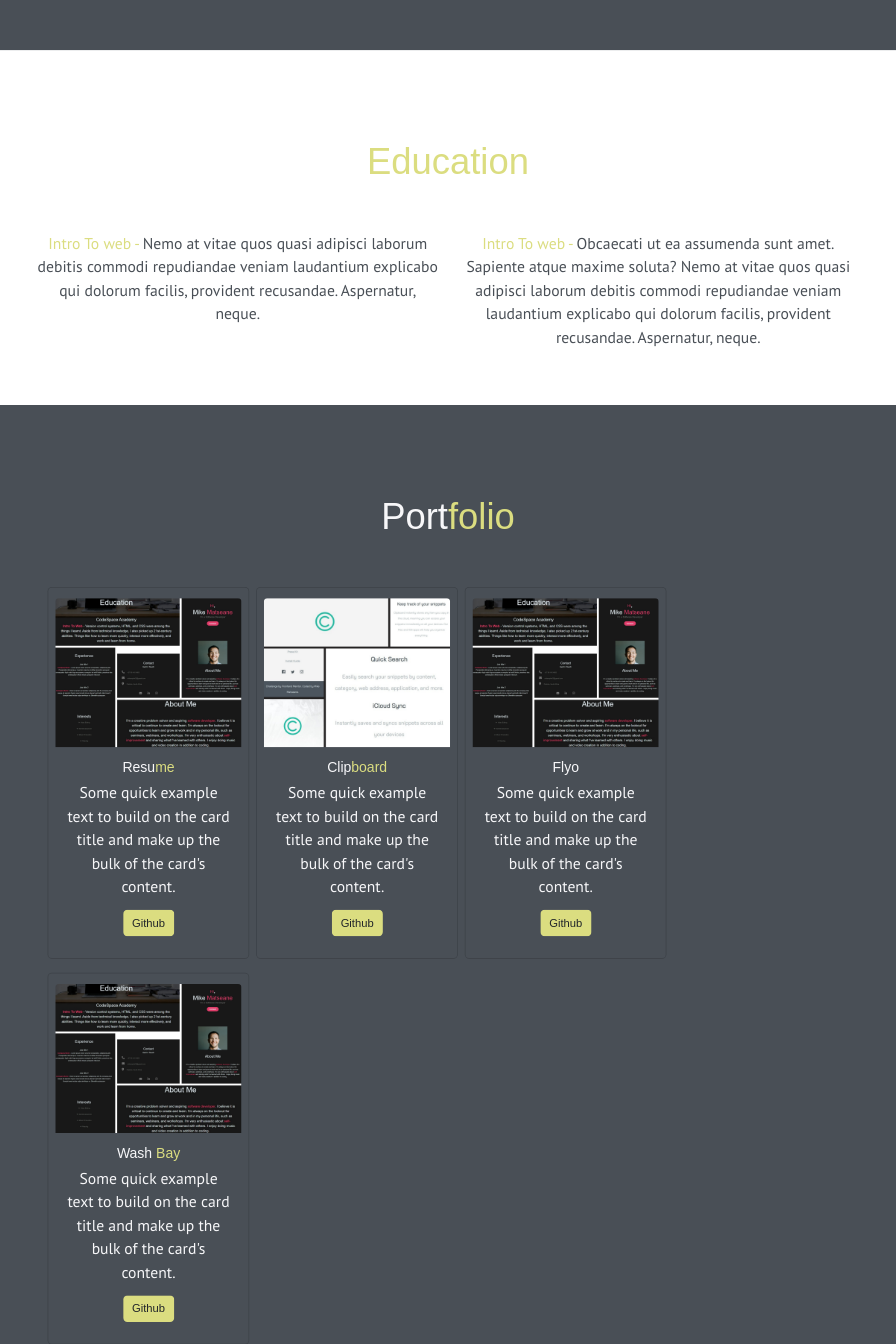
Repository: mikempho/resume10-Final
Page: resume10.html
The author's editor kept a copy of each file at every save. The page is drawn from the files as they stood at one save, then again after the next save.
The browser window is 1280 px wide. The pictures show the part of the page from y = 1612 to 3532 px (the page is 4379 px tall), at 70% of full size.
Some web fonts or font styles are not loaded; a fallback is used. Some web libraries are served in a nearby version.

Above is the page before, as saved 2022-05-19 18:21:54.

After the next save:
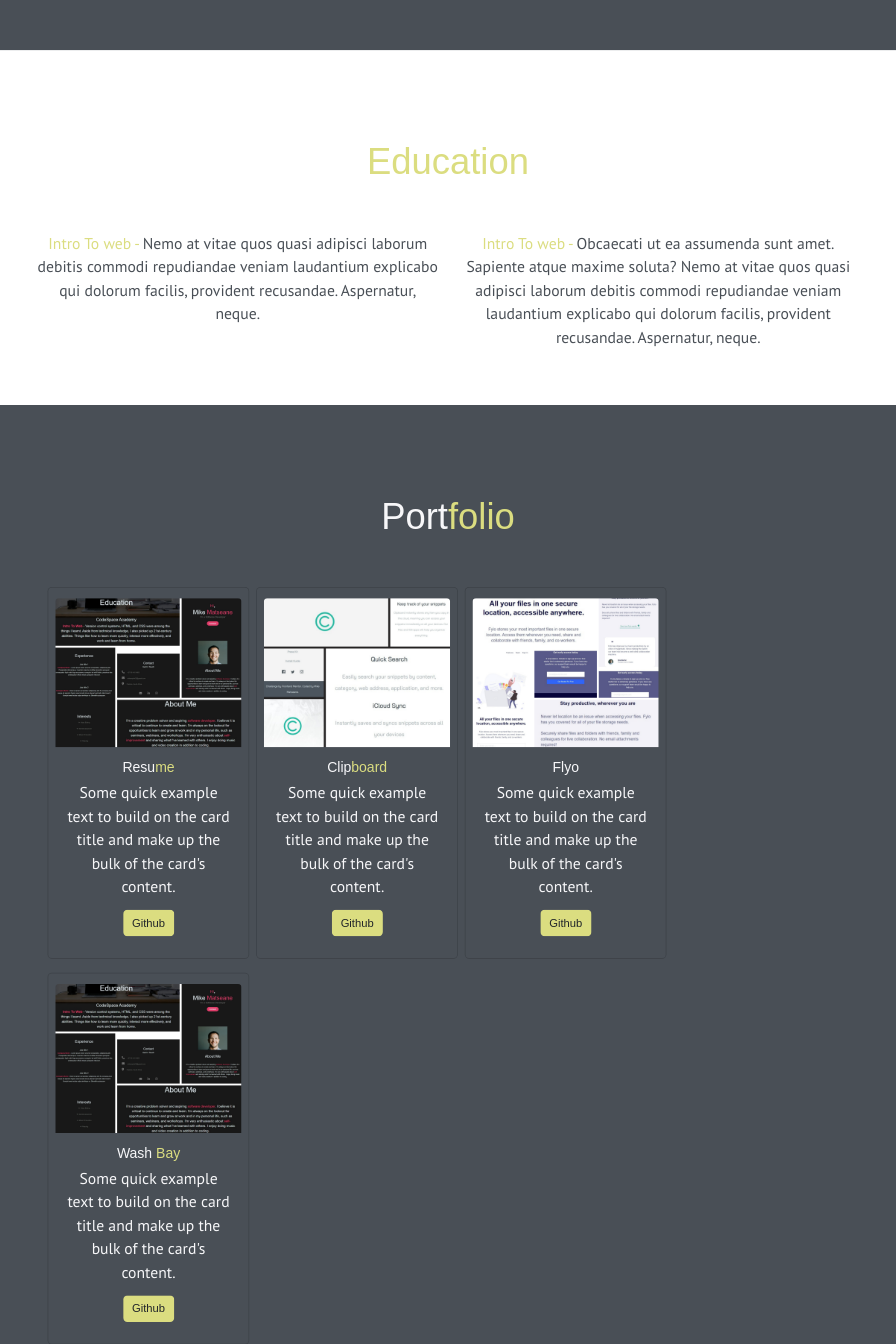
Saved 6 min 14 s later.
--- a/resume10.html
+++ b/resume10.html
@@ -163,7 +163,7 @@
                         </div>
                     </div>
                     <div class="card project-box" style="width: 18rem;">
-                        <img src="./assets/img/resume-portfolio.png" class="card-img-top" alt="...">
+                        <img src="./assets/img/flyo-frontend-mentor-challenge.png" class="card-img-top" alt="...">
                         <div class="card-body">
                           <h5 class="card-title">Flyo</h5>
                           <p class="card-text">Some quick example text to build on the card title and make up the bulk of the card's content.</p>
